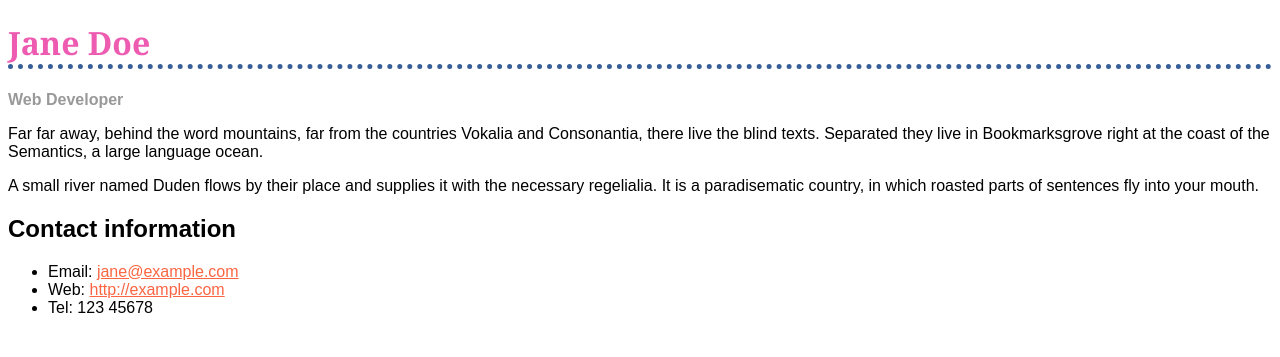
Repository: Valhally/web-projects
Page: sample-site/index.html
The author's editor kept a copy of each file at every save. The page is drawn from the files as they stood at one save, then again after the next save.
The browser window is 1280 px wide. The pictures show the whole page.

Above is the page before, as saved 2021-08-11 16:23:46.

### sample-site/index.html
<!doctype html>
<html lang="zh-CN">
<head>
    <meta charset="utf-8">
    <title>开始学习CSS</title>
    <link rel = "stylesheet" href = "resources/styles.css">
</head>

<body>
    <h1>Jane Doe</h1>
    <div class="job-title">Web Developer</div>
    <p>Far far away, behind the word mountains, far from the countries Vokalia and Consonantia, there live the blind texts. Separated they live in Bookmarksgrove right at the coast of the Semantics, a large language ocean.</p>

    <p>A small river named Duden flows by their place and supplies it with the necessary regelialia. It is a paradisematic country, in which roasted parts of sentences fly into your mouth. </p>

    <h2>Contact information</h2>
    <ul>
        <li>Email: <a href="mailto:jane@example.com">jane@example.com</a></li>
        <li>Web: <a href="http://example.com">http://example.com</a></li>
        <li>Tel: 123 45678</li>
    </ul>

</body>

</html>

### sample-site/resources/styles.css
body {
    font-family: Arial, Helvetica, sans-serif;
}

h1 {
    color: #ee5cb1;
    font-size: 2em;
    font-family: Georgia, 'Times New Roman', Times, serif;
    border-bottom: 5px dotted #375e97;
}

h2 {
    font-size: 1.5em;
}

.job-title {
    color: #999999;
    font-weight: bold;
}

a:link, a:visited {
    color: #fb6542;
}

a:hover {
    text-decoration: none;
}

After the next save:
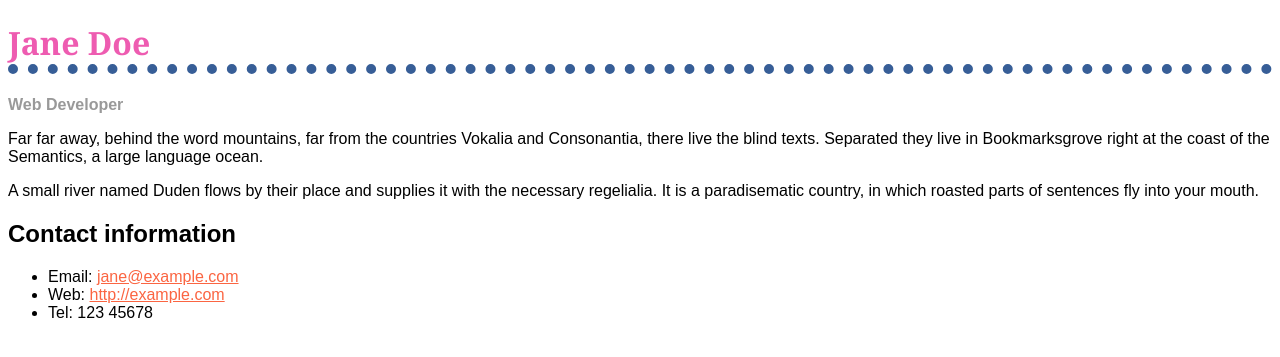
Saved 13 s later.
--- a/sample-site/resources/styles.css
+++ b/sample-site/resources/styles.css
@@ -6,7 +6,7 @@
     color: #ee5cb1;
     font-size: 2em;
     font-family: Georgia, 'Times New Roman', Times, serif;
-    border-bottom: 5px dotted #375e97;
+    border-bottom: 10px dotted #375e97;
 }
 
 h2 {
